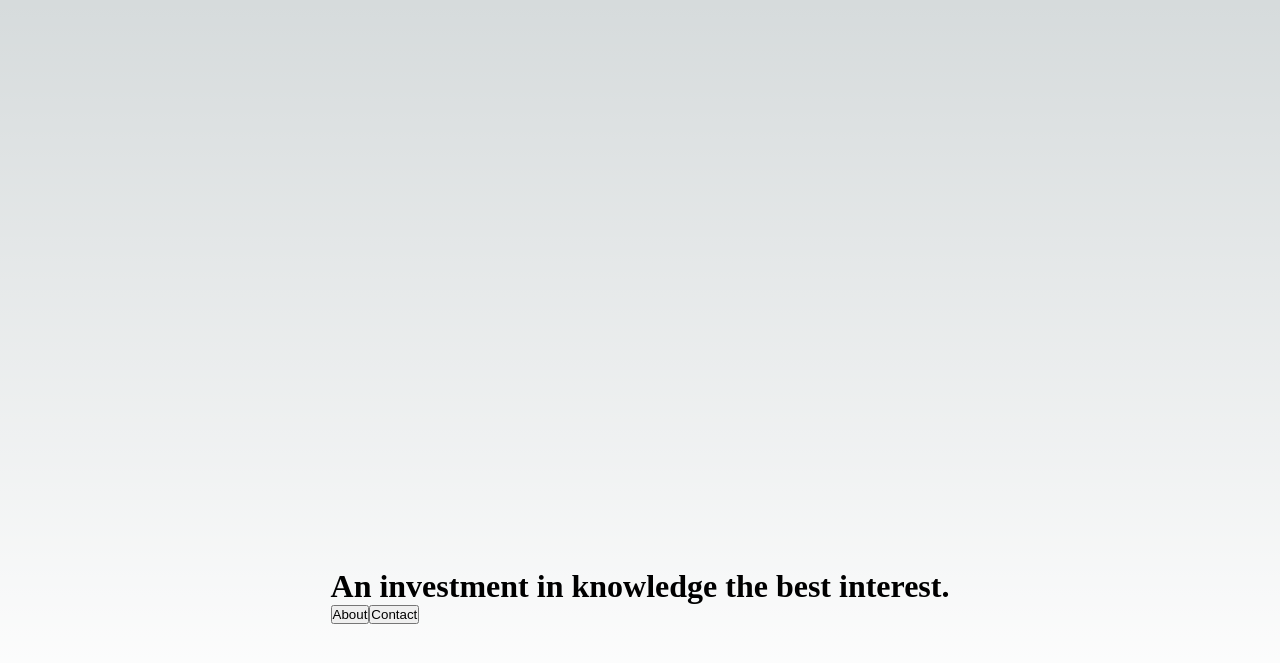
Repository: SanlyLp/assignment-1-playwright-site-a01182379
Page: /
An editor plug-in stored every save of this project. The page is shown before and after a run of saves, followed by the edit.
The browser window is 1280 px wide. The pictures show the whole page.
The project was rebuilt for these pictures with package versions that can differ from the ones it lists, and the page was loaded fresh each time. The framework's server and built-in components were replaced by stand-ins that run in the browser. Also part of the build but not shown: next.config.js.

Above is the page before, as saved 2023-02-05 20:03:06.

### pages/_app.js
import '@/styles/globals.css'
import '../styles/variables.css'

export default function MyApp({ Component, pageProps }) {
  return <Component {...pageProps} />
}

### pages/index.js
import Head from 'next/head'
import { Inter } from '@next/font/google'
import styles from '@/styles/Home.module.css'
import Link from 'next/link';

const inter = Inter({ subsets: ['latin'] })

export default function Home() {
  return (
    <>
      <Head>
        <title>Home Page</title>
        <meta name="description" content="Generated by create next app" />
        <meta name="viewport" content="width=device-width, initial-scale=1" />
        <link rel="icon" href="/favicon.ico" />
      </Head>
      <main className={styles.main}>
        <div className={styles.bg}>

        </div>
        <div>
          <h1>An investment in knowledge
            the best interest.
          </h1>
          <Link href="/about">
            <button>About</button>
          </Link>
          <Link href="/contact">
            <button>Contact</button>
          </Link>
        </div>
      </main>
    </>
  )
}

### styles/globals.css
:root {
  --max-width: 1100px;
  --border-radius: 12px;
  --font-mono: ui-monospace, Menlo, Monaco, 'Cascadia Mono', 'Segoe UI Mono',
    'Roboto Mono', 'Oxygen Mono', 'Ubuntu Monospace', 'Source Code Pro',
    'Fira Mono', 'Droid Sans Mono', 'Courier New', monospace;

  --foreground-rgb: 0, 0, 0;
  --background-start-rgb: 214, 219, 220;
  --background-end-rgb: 255, 255, 255;

  --primary-glow: conic-gradient(
    from 180deg at 50% 50%,
    #16abff33 0deg,
    #0885ff33 55deg,
    #54d6ff33 120deg,
    #0071ff33 160deg,
    transparent 360deg
  );
  --secondary-glow: radial-gradient(
    rgba(255, 255, 255, 1),
    rgba(255, 255, 255, 0)
  );

  --tile-start-rgb: 239, 245, 249;
  --tile-end-rgb: 228, 232, 233;
  --tile-border: conic-gradient(
    #00000080,
    #00000040,
    #00000030,
    #00000020,
    #00000010,
    #00000010,
    #00000080
  );

  --callout-rgb: 238, 240, 241;
  --callout-border-rgb: 172, 175, 176;
  --card-rgb: 180, 185, 188;
  --card-border-rgb: 131, 134, 135;
}
::-webkit-scrollbar {
  width: 10px;
  background-color:var( --ternary-color)
}

::-webkit-scrollbar-thumb {
  background-color:var(--primary-color);
  border-radius: 10px;
}

::-webkit-scrollbar-thumb:hover {
  background-color:var(--quaternary-color)
}


@media (prefers-color-scheme: dark) {
  :root {
    --foreground-rgb: 255, 255, 255;
    --background-start-rgb: 0, 0, 0;
    --background-end-rgb: 0, 0, 0;

    --primary-glow: radial-gradient(rgba(1, 65, 255, 0.4), rgba(1, 65, 255, 0));
    --secondary-glow: linear-gradient(
      to bottom right,
      rgba(1, 65, 255, 0),
      rgba(1, 65, 255, 0),
      rgba(1, 65, 255, 0.3)
    );

    --tile-start-rgb: 2, 13, 46;
    --tile-end-rgb: 2, 5, 19;
    --tile-border: conic-gradient(
      #ffffff80,
      #ffffff40,
      #ffffff30,
      #ffffff20,
      #ffffff10,
      #ffffff10,
      #ffffff80
    );

    --callout-rgb: 20, 20, 20;
    --callout-border-rgb: 108, 108, 108;
    --card-rgb: 100, 100, 100;
    --card-border-rgb: 200, 200, 200;
  }
}

* {
  box-sizing: border-box;
  padding: 0;
  margin: 0;
}

html,
body {
  max-width: 100vw;
  overflow-x: hidden;
}

body {
  color: rgb(var(--foreground-rgb));
  background: linear-gradient(
      to bottom,
      transparent,
      rgb(var(--background-end-rgb))
    )
    rgb(var(--background-start-rgb));
}

a {
  color: inherit;
  text-decoration: none;
}

@media (prefers-color-scheme: dark) {
  html {
    color-scheme: dark;
  }
}

### styles/variables.css
:root{
    --primary-color: #fff;
    --secondary-color: #f4d6b9;
    --ternary-color: #7796a4;
    --quaternary-color: #14343d;
    --quinary-color: rgb(16,46,53,0.5);
}

### styles/Home.module.css
.main {
  display: flex;
  flex-direction: column;
  justify-content: space-between;
  align-items: center;
  padding: 6rem;
  min-height: 100vh;
}
.bg{
  background-image: url("../public/background-images/backgroundMountain.jpg");
  background-size: cover;
  background-repeat: no-repeat;
  background-position: center;

}

.description {
  display: inherit;
  justify-content: inherit;
  align-items: inherit;
  font-size: 0.85rem;
  max-width: var(--max-width);
  width: 100%;
  z-index: 2;
  font-family: var(--font-mono);
}

.description a {
  display: flex;
  justify-content: center;
  align-items: center;
  gap: 0.5rem;
}

.description p {
  position: relative;
  margin: 0;
  padding: 1rem;
  background-color: rgba(var(--callout-rgb), 0.5);
  border: 1px solid rgba(var(--callout-border-rgb), 0.3);
  border-radius: var(--border-radius);
}

.code {
  font-weight: 700;
  font-family: var(--font-mono);
}

.grid {
  display: grid;
  grid-template-columns: repeat(4, minmax(25%, auto));
  width: var(--max-width);
  max-width: 100%;
}

.card {
  padding: 1rem 1.2rem;
  border-radius: var(--border-radius);
  background: rgba(var(--card-rgb), 0);
  border: 1px solid rgba(var(--card-border-rgb), 0);
  transition: background 200ms, border 200ms;
}

.card span {
  display: inline-block;
  transition: transform 200ms;
}

.card h2 {
  font-weight: 600;
  margin-bottom: 0.7rem;
}

.card p {
  margin: 0;
  opacity: 0.6;
  font-size: 0.9rem;
  line-height: 1.5;
  max-width: 30ch;
}

.center {
  display: flex;
  justify-content: center;
  align-items: center;
  position: relative;
  padding: 4rem 0;
}

.center::before {
  background: var(--secondary-glow);
  border-radius: 50%;
  width: 480px;
  height: 360px;
  margin-left: -400px;
}

.center::after {
  background: var(--primary-glow);
  width: 240px;
  height: 180px;
  z-index: -1;
}

.center::before,
.center::after {
  content: '';
  left: 50%;
  position: absolute;
  filter: blur(45px);
  transform: translateZ(0);
}

.logo,
.thirteen {
  position: relative;
}

.thirteen {
  display: flex;
  justify-content: center;
  align-items: center;
  width: 75px;
  height: 75px;
  padding: 25px 10px;
  margin-left: 16px;
  transform: translateZ(0);
  border-radius: var(--border-radius);
  overflow: hidden;
  box-shadow: 0px 2px 8px -1px #0000001a;
}

.thirteen::before,
.thirteen::after {
  content: '';
  position: absolute;
  z-index: -1;
}

/* Conic Gradient Animation */
.thirteen::before {
  animation: 6s rotate linear infinite;
  width: 200%;
  height: 200%;
  background: var(--tile-border);
}

/* Inner Square */
.thirteen::after {
  inset: 0;
  padding: 1px;
  border-radius: var(--border-radius);
  background: linear-gradient(
    to bottom right,
    rgba(var(--tile-start-rgb), 1),
    rgba(var(--tile-end-rgb), 1)
  );
  background-clip: content-box;
}

/* Enable hover only on non-touch devices */
@media (hover: hover) and (pointer: fine) {
  .card:hover {
    background: rgba(var(--card-rgb), 0.1);
    border: 1px solid rgba(var(--card-border-rgb), 0.15);
  }

  .card:hover span {
    transform: translateX(4px);
  }
}

@media (prefers-reduced-motion) {
  .thirteen::before {
    animation: none;
  }

  .card:hover span {
    transform: none;
  }
}

/* Mobile */
@media (max-width: 700px) {
  .content {
    padding: 4rem;
  }

  .grid {
    grid-template-columns: 1fr;
    margin-bottom: 120px;
    max-width: 320px;
    text-align: center;
  }

  .card {
    padding: 1rem 2.5rem;
  }

  .card h2 {
    margin-bottom: 0.5rem;
  }

  .center {
    padding: 8rem 0 6rem;
  }

  .center::before {
    transform: none;
    height: 300px;
  }

  .description {
    font-size: 0.8rem;
  }

  .description a {
    padding: 1rem;
  }

  .description p,
  .description div {
    display: flex;
    justify-content: center;
    position: fixed;
    width: 100%;
  }

  .description p {
    align-items: center;
    inset: 0 0 auto;
    padding: 2rem 1rem 1.4rem;
    border-radius: 0;
    border: none;
    border-bottom: 1px solid rgba(var(--callout-border-rgb), 0.25);
    background: linear-gradient(
      to bottom,
      rgba(var(--background-start-rgb), 1),
      rgba(var(--callout-rgb), 0.5)
    );
    background-clip: padding-box;
    backdrop-filter: blur(24px);
  }

  .description div {
    align-items: flex-end;
    pointer-events: none;
    inset: auto 0 0;
    padding: 2rem;
    height: 200px;
    background: linear-gradient(
      to bottom,
      transparent 0%,
      rgb(var(--background-end-rgb)) 40%
    );
    z-index: 1;
  }
}

/* Tablet and Smaller Desktop */
@media (min-width: 701px) and (max-width: 1120px) {
  .grid {
    grid-template-columns: repeat(2, 50%);
  }
}

@media (prefers-color-scheme: dark) {
  .vercelLogo {
    filter: invert(1);
  }

  .logo,
  .thirteen img {
    filter: invert(1) drop-shadow(0 0 0.3rem #ffffff70);
  }
}

@keyframes rotate {
  from {
    transform: rotate(360deg);
  }
  to {
    transform: rotate(0deg);
  }
}

Loaded but not shown: pages/_document.js (common file)

After the next 2 saves:
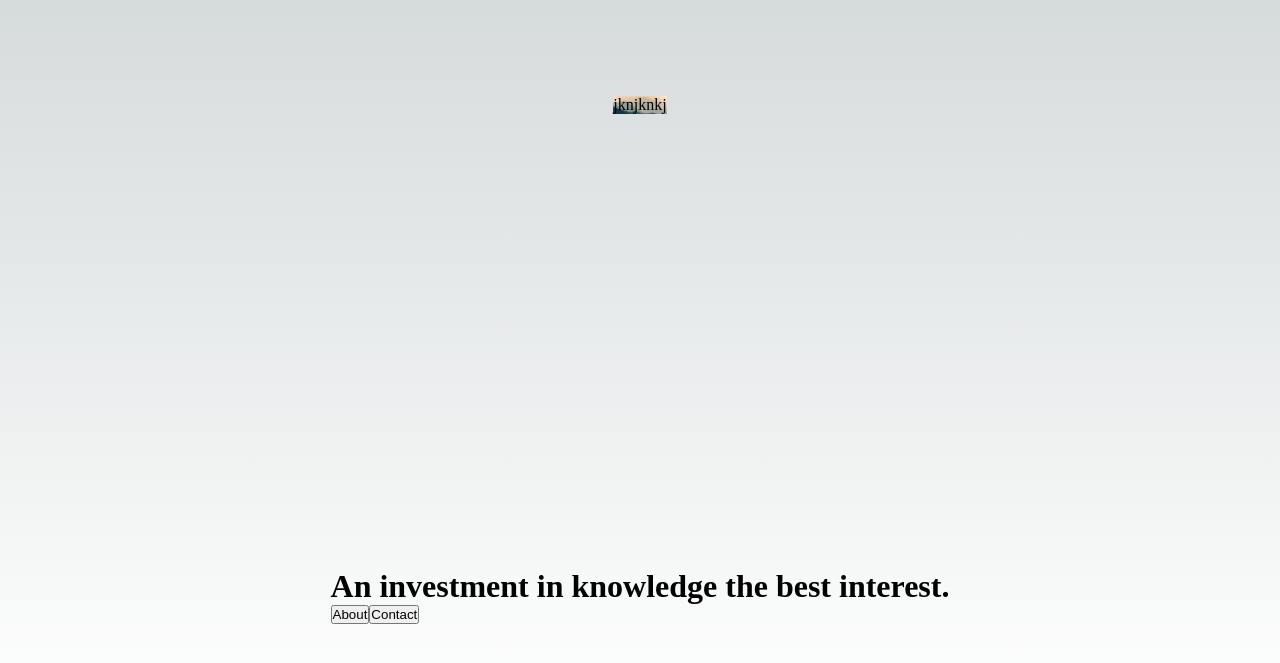
The 2 saves are shown as one change because they came seconds apart.
The last was saved 19 s later.
--- a/pages/index.js
+++ b/pages/index.js
@@ -16,7 +16,7 @@
       </Head>
       <main className={styles.main}>
         <div className={styles.bg}>
-
+      jknjknkj
         </div>
         <div>
           <h1>An investment in knowledge

After the save that followed:
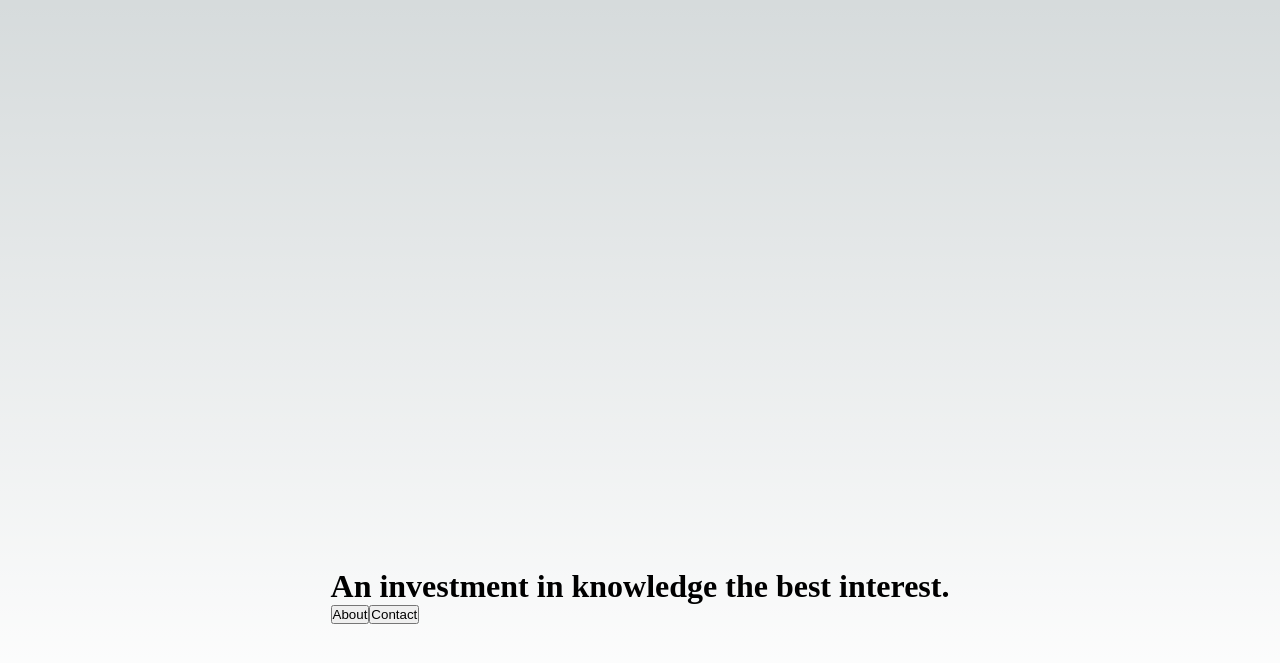
Saved 4 s later.
--- a/pages/index.js
+++ b/pages/index.js
@@ -16,7 +16,7 @@
       </Head>
       <main className={styles.main}>
         <div className={styles.bg}>
-      jknjknkj
+
         </div>
         <div>
           <h1>An investment in knowledge
